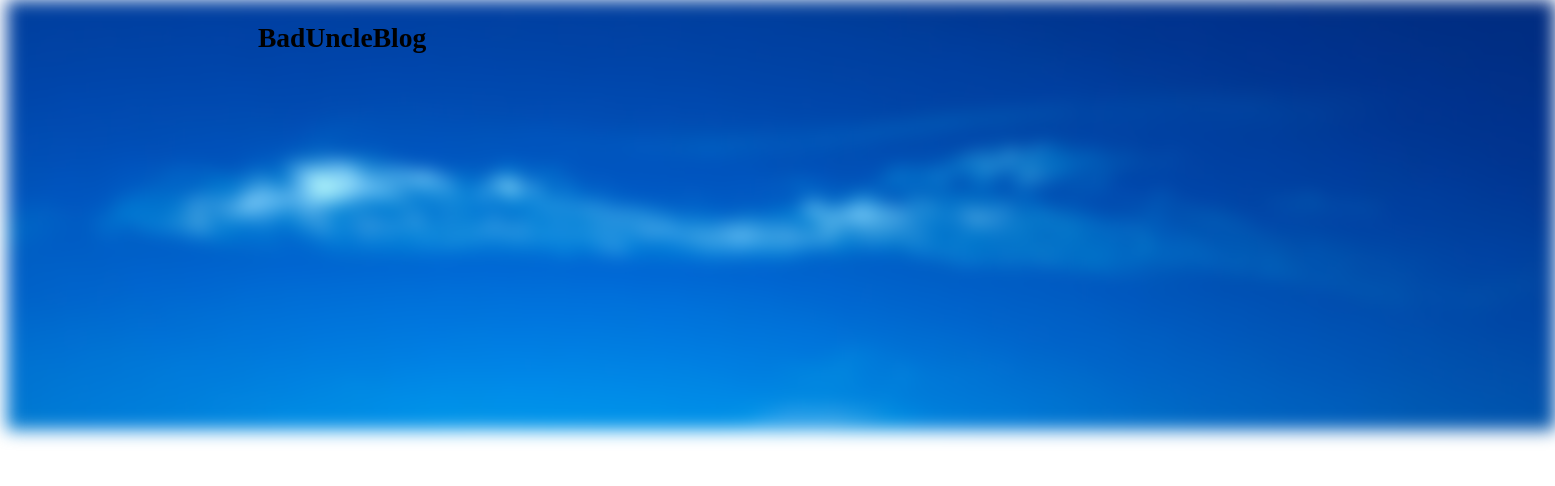
Repository: lidasi/monkeyLife
Page: http://localhost/monkeyLife/jsp/topbar.jsp
An editor plug-in stored every save of this project. The page is shown before and after the next save, followed by the edit.
The browser window is 1280 px wide. The page is 1808 px wide, so the pictures cover 1808 px, including what lies to the right of the window. The pictures show the whole page, at 86% of full size.
The page is served by Tomcat 9.

Above is the page before, as saved 2017-07-13 07:11:16.

### workSpeaces/monkeyLife/WebContent/jsp/topbar.jsp
<%@ page language="java" contentType="text/html; charset=UTF-8"
    pageEncoding="UTF-8"%>
<!DOCTYPE html PUBLIC "-//W3C//DTD HTML 4.01 Transitional//EN" "http://www.w3.org/TR/html4/loose.dtd">
<html>
<head>
<meta http-equiv="Content-Type" content="text/html; charset=UTF-8">
<link rel="stylesheet" type="text/css" media="screen" href="../css/top.css">
<script type="text/javascript" src="../js/jquery.min.js"></script>
<title>topbar</title>
<script type="text/javascript">
        $(function(){
            var height = 500;
            var width = 1800;
            $("#backgroundImage").height(height).width(width);
        });
    </script>
</head>
<body>
	<div id="div-relative">
		<div id ="backgroundImage"></div>
			</div>
		<div id="title"><h1>BadUncleBlog</h1>


	</div>

</body>
</html>

### workSpeaces/monkeyLife/WebContent/css/top.css
@CHARSET "UTF-8";
.div-relative{position:relative; color:#000; border:1px solid #000; width:100%; height:200px}
#backgroundImage{
	position:absolute;
	border:1px;
/*    border: 1px solid #CCCCCC;
    padding:90px 5px 10px;*/
    background: url("../image/dock/backgroundImage.jpg") no-repeat;
    background-size: cover;
    -webkit-filter: blur(10px);
    -ms-filter: blur(10px);
    filter: progid:DXImageTransform.Microsoft.Blur(PixelRadius=10, MakeShadow=false);
    animation:mymove 5s infinite;
    -webkit-animation:mymove 5s infinite;
}
@keyframes mymove
{
    0%   {top:0px; background:url("../image/dock/backgroundImage.jpg"); position:absolute;}
    50% {top:0px; background:url("../image/dock/background_001.jpg"); position:absolute;}
    100% {top:0px; background:url("../image/dock/backgroundImage.jpg"); position:absolute;}
}

@-webkit-keyframes mymove
{
    0%   {top:0px; background:url("../image/dock/backgroundImage.jpg" position:absolute;);
    }
    50%   {top:0px; background:url("../image/dock/background_001.jpg" position:absolute;);
    }
    100% {top:0px; background:url("../image/dock/backgroundImage.jpg" position:absolute;);
    }
}
#title{
	position:absolute; left:300px; top:5px; width: 300px; height: 100px;
}

Loaded but not shown: workSpeaces/monkeyLife/WebContent/js/jquery.min.js (library)

After the next save:
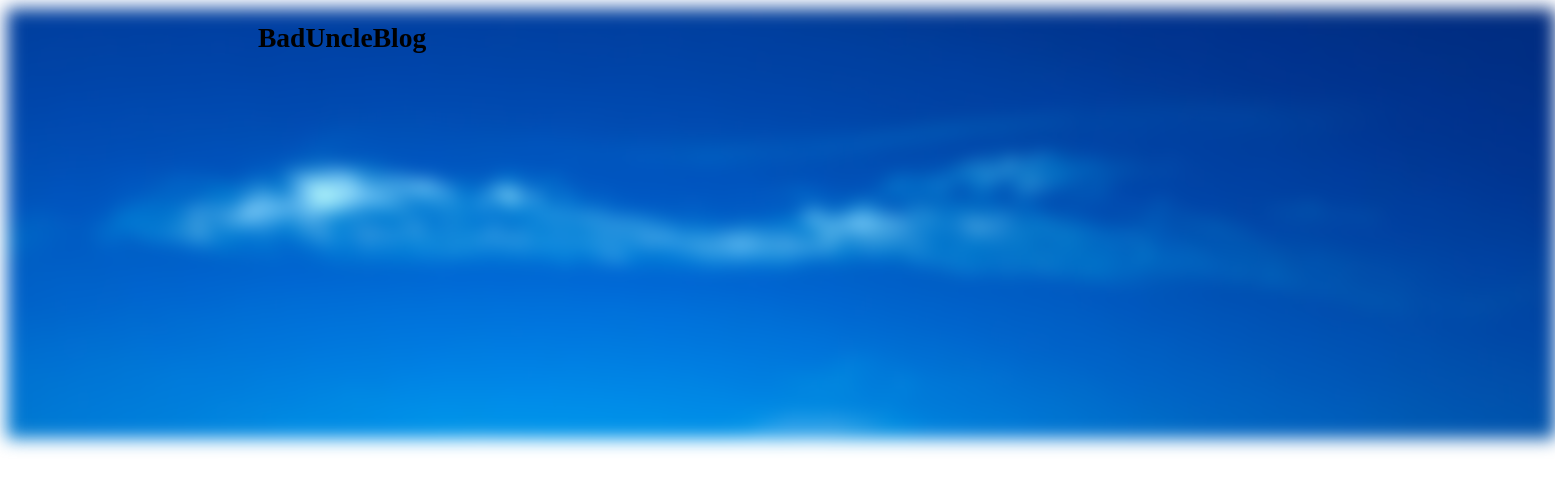
Saved 66 s later.
--- a/workSpeaces/monkeyLife/WebContent/css/top.css
+++ b/workSpeaces/monkeyLife/WebContent/css/top.css
@@ -15,9 +15,9 @@
 }
 @keyframes mymove
 {
-    0%   {top:0px; background:url("../image/dock/backgroundImage.jpg"); position:absolute;}
-    50% {top:0px; background:url("../image/dock/background_001.jpg"); position:absolute;}
-    100% {top:0px; background:url("../image/dock/backgroundImage.jpg"); position:absolute;}
+    0%   {top:10px; background:url("../image/dock/backgroundImage.jpg"); position:absolute;}
+    50% {top:10px; background:url("../image/dock/background_001.jpg"); position:absolute;}
+    100% {top:10px; background:url("../image/dock/backgroundImage.jpg"); position:absolute;}
 }
 
 @-webkit-keyframes mymove
